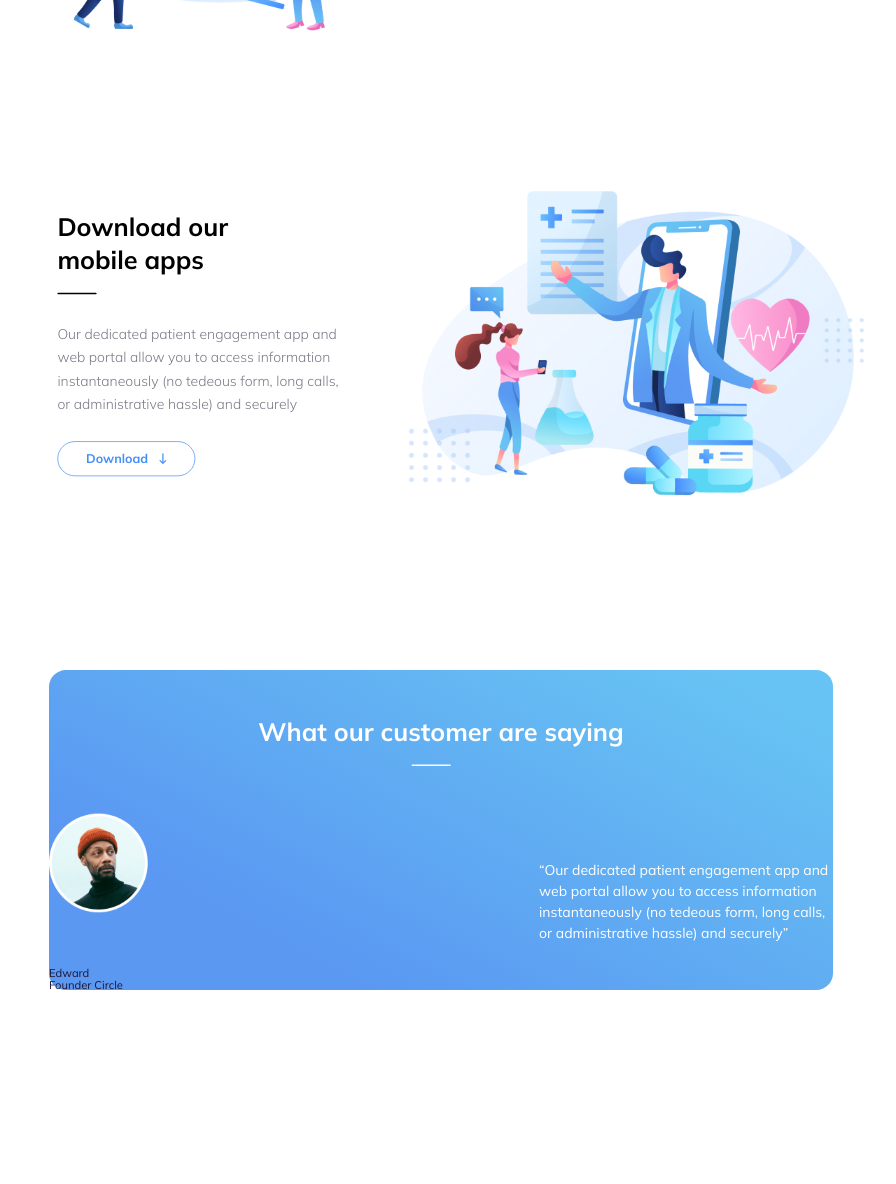
Repository: tungcutte35/Trafalgar
Page: index.html
An editor plug-in stored every save of this project. The page is shown before and after the next save, followed by the edit.
The browser window is 1280 px wide. The pictures show the part of the page from y = 2786 to 4706 px (the page is 4478 px tall before and 4706 px after), at 70% of full size.
The style sheet was rebuilt from its Sass, Less or Tailwind sources for each picture, by a compiler version that may differ from the author's.

Above is the page before, as saved 2021-10-18 00:38:31.

After the next save:
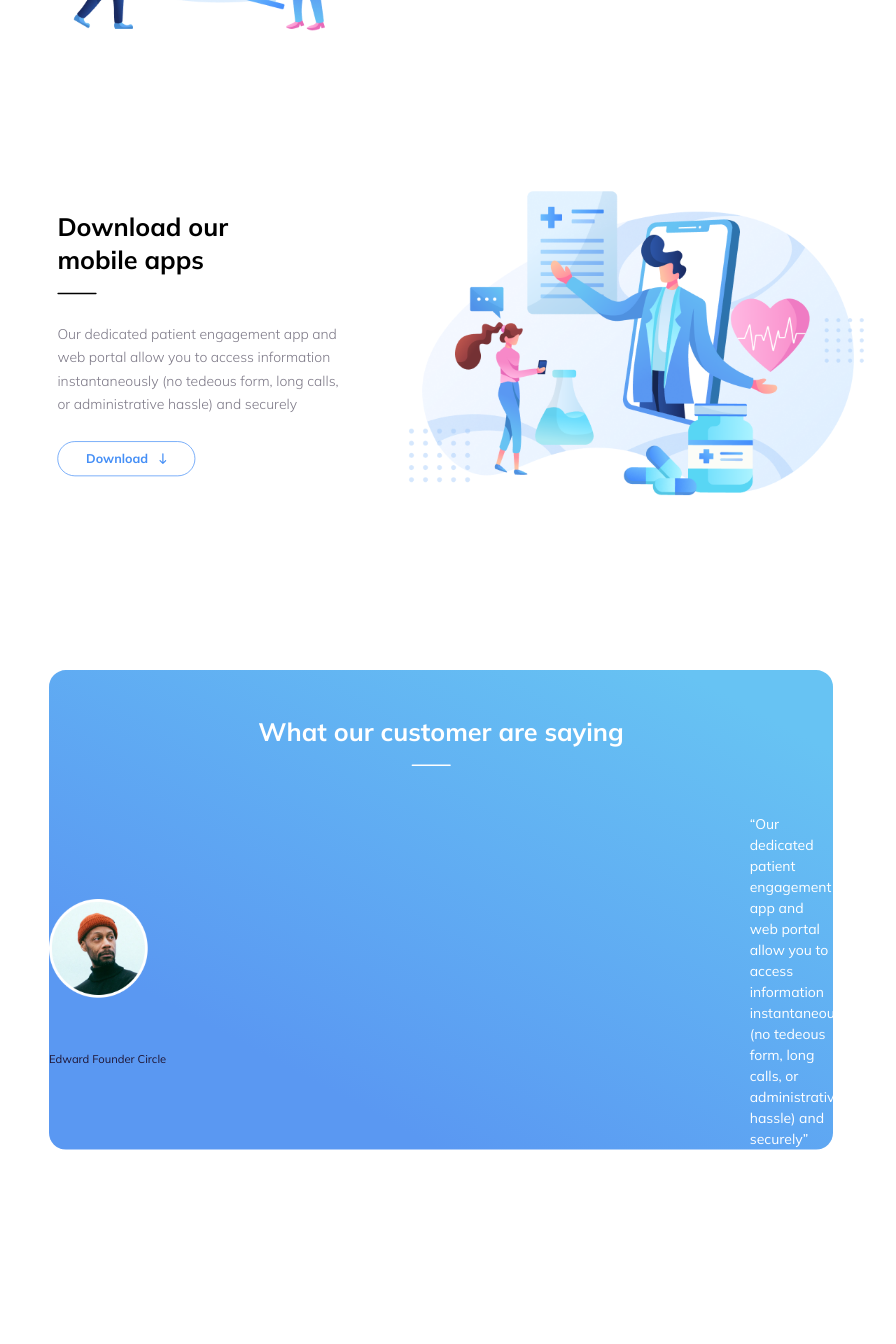
Saved 67 s later.
--- a/sass/_customer.scss
+++ b/sass/_customer.scss
@@ -41,7 +41,7 @@
     height: 141px;
     margin-bottom: 79px;
   }
-  &-name {
+  &-desc {
     max-width: 119px;
   }
   &-content {
